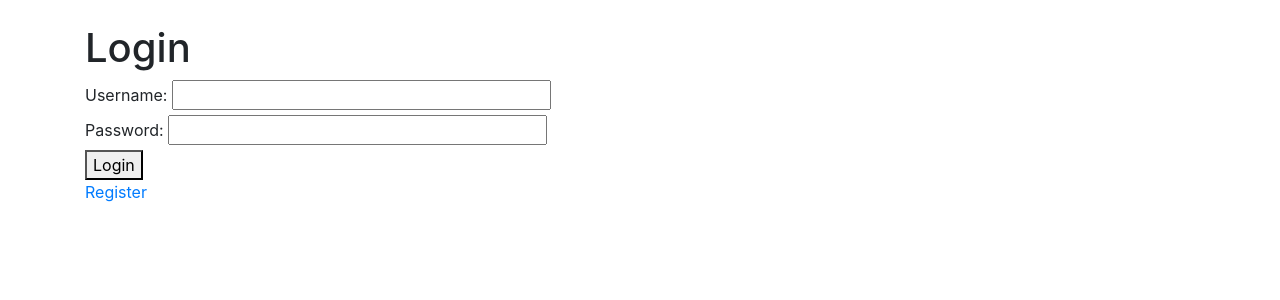
Repository: Stoldark/PLMUN
Page: http://localhost/login?next=%2F
These files come from the project's save history. The page is drawn as it stood at one moment and after the next save; the edit follows.
The browser window is 1280 px wide. The pictures show the whole page.
The page is served by the project's application, run on Flask 3 (tempCodeRunnerFile.py).

Above is the page before, as saved 2024-09-22 16:59:22.

### templates/login.html
<!DOCTYPE html>
<html lang="en">
<head>
    <meta charset="UTF-8">
    <meta name="viewport" content="width=device-width, initial-scale=1.0">
    <title>Login</title>
    <link rel="stylesheet" href="https://stackpath.bootstrapcdn.com/bootstrap/4.5.2/css/bootstrap.min.css">
</head>
<body>
    <div class="container mt-4">
    <h1>Login</h1>
    <form method="post">
        {{ form.hidden_tag() }}
        <label for="username">Username:</label>
        {{ form.username(size=32) }}<br>

        <label for="password">Password:</label>
        {{ form.password(size=32) }}<br>

        <button type="submit">Login</button>
    </form>
    <a href="{{ url_for('register') }}">Register</a>
</body>
</html>

### tempCodeRunnerFile.py
from flask import Flask, render_template, request, redirect, session, url_for, flash, jsonify
from flask_wtf import FlaskForm
from wtforms import StringField, PasswordField, SubmitField
from wtforms.validators import DataRequired, Length
from flask_bcrypt import Bcrypt
from flask_login import LoginManager, UserMixin, login_user, logout_user, login_required, current_user
import sqlite3
import os

# Initialize Flask app
app = Flask(__name__)

# Set the secret key for session management
app.config['SECRET_KEY'] = 'your_secret_key'  # Change this to a secure key

# Initialize extensions
bcrypt = Bcrypt(app)
login_manager = LoginManager(app)
login_manager.login_view = 'login'

# Database connection function
def get_db_connection():
    conn = sqlite3.connect('inventory.db')
    conn.row_factory = sqlite3.Row
    return conn

# User model for Flask-Login
class User(UserMixin):
    def __init__(self, id, username, role):
        self.id = id
        self.username = username
        self.role = role

# User loader for Flask-Login
@login_manager.user_loader
def load_user(user_id):
    conn = get_db_connection()
    user = conn.execute('SELECT * FROM users WHERE id = ?', (user_id,)).fetchone()
    conn.close()
    if user:
        return User(user['id'], user['username'], user['role'])
    return None

# Registration form
class RegistrationForm(FlaskForm):
    username = StringField('Username', validators=[DataRequired(), Length(min=4, max=25)])
    password = PasswordField('Password', validators=[DataRequired(), Length(min=6, max=35)])
    role = StringField('Role', validators=[DataRequired()])
    submit = SubmitField('Register')

# Login form
class LoginForm(FlaskForm):
    username = StringField('Username', validators=[DataRequired()])
    password = PasswordField('Password', validators=[DataRequired()])
    submit = SubmitField('Login')

# Route to show inventory items
@app.route('/')
@login_required
def index():
    conn = get_db_connection()
    items = conn.execute('SELECT * FROM items').fetchall()
    conn.close()
    return render_template('index.html', items=items)

# Route to add an item
@app.route('/add', methods=('GET', 'POST'))
@login_required
def add_item():
    if request.method == 'POST':
        name = request.form['name']
        quantity = request.form['quantity']
        price = request.form['price']

        conn = get_db_connection()
        conn.execute('INSERT INTO items (name, quantity, price) VALUES (?, ?, ?)',
                     (name, quantity, price))
        conn.commit()
        conn.close()

        return redirect('/')
    return render_template('add.html')

# Route to edit an item
@app.route('/edit/<int:id>', methods=('GET', 'POST'))
@login_required
def edit_item(id):
    conn = get_db_connection()
    item = conn.execute('SELECT * FROM items WHERE id = ?', (id,)).fetchone()

    if request.method == 'POST':
        name = request.form['name']
        quantity = request.form['quantity']
        price = request.form['price']
        conn.execute('UPDATE items SET name = ?, quantity = ?, price = ? WHERE id = ?',
                     (name, quantity, price, id))
        conn.commit()
        conn.close()
        return redirect('/')

    conn.close()
    return render_template('edit.html', item=item)

# Route to delete an item
@app.route('/delete/<int:id>', methods=['POST'])
@login_required
def delete_item(id):
    conn = get_db_connection()
    conn.execute('DELETE FROM items WHERE id = ?', (id,))
    conn.commit()
    conn.close()
    return redirect('/')

# Registration route
@app.route('/register', methods=['GET', 'POST'])
def register():
    form = RegistrationForm()
    if form.validate_on_submit():
        username = form.username.data
        password = bcrypt.generate_password_hash(form.password.data).decode('utf-8')
        role = form.role.data

        conn = get_db_connection()
        conn.execute('INSERT INTO users (username, password, role) VALUES (?, ?, ?)',
                     (username, password, role))
        conn.commit()
        conn.close()

        flash('Registration successful! You can now log in.')
        return redirect(url_for('login'))
    return render_template('register.html', form=form)

# Login route
@app.route('/login', methods=['GET', 'POST'])
def login():
    form = LoginForm()
    if form.validate_on_submit():
        username = form.username.data
        password = form.password.data

        conn = get_db_connection()
        user = conn.execute('SELECT * FROM users WHERE username = ?', (username,)).fetchone()
        conn.close()

        if user and bcrypt.check_password_hash(user['password'], password):
            login_user(User(user['id'], user['username'], user['role']))
            return redirect('/')
        else:
            flash('Login Unsuccessful. Please check your username and password', 'danger')

    return render_template('login.html', form=form)

# Logout route
@app.route('/logout')
@login_required
def logout():
    logout_user()
    return redirect(url_for('index'))

# API Endpoint to get inventory items
@app.route('/api/items', methods=['GET'])
@login_required
def api_get_items():
    conn = get_db_connection()
    items = conn.execute('SELECT * FROM items').fetchall()
    conn.close()
    return jsonify([dict(item) for item in items])

# API Endpoint to add an item
@app.route('/api/items', methods=['POST'])
@login_required
def api_add_item():
    data = request.get_json()
    name = data.get('name')
    quantity = data.get('quantity')
    price = data.get('price')

    conn = get_db_connection()
    conn.execute('INSERT INTO items (name, quantity, price) VALUES (?, ?, ?)',
                 (name, quantity, price))
    conn.commit()
    conn.close()

    return jsonify({'message': 'Item added successfully'}), 201

# API Endpoint to update an item
@app.route('/api/items/<int:id>', methods=['PUT'])
@login_required
def api_update_item(id):
    data = request.get_json()
    name = data.get('name')
    quantity = data.get('quantity')
    price = data.get('price')

    conn = get_db_connection()
    conn.execute('UPDATE items SET name = ?, quantity = ?, price = ? WHERE id = ?',
                 (name, quantity, price, id))
    conn.commit()
    conn.close()

    return jsonify({'message': 'Item updated successfully'})

# API Endpoint to delete an item
@app.route('/api/items/<int:id>', methods=['DELETE'])
@login_required
def api_delete_item(id):
    conn = get_db_connection()
    conn.execute('DELETE FROM items WHERE id = ?', (id,))
    conn.commit()
    conn.close()

    return jsonify({'message': 'Item deleted successfully'})

# Run the app
if __name__ == "__main__":
    port = int(os.environ.get("PORT", 10000))  # Use PORT environment variable or default to 10000
    app.run(host="0.0.0.0", port=port, debug=True)

After the next save:
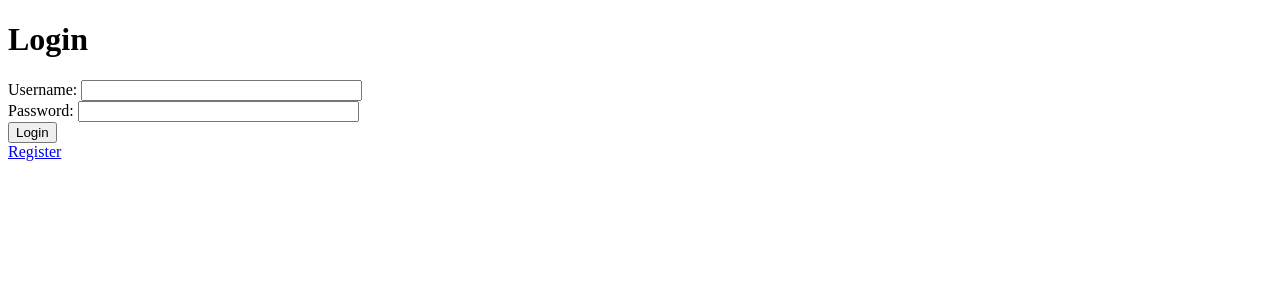
Saved 17 s later.
--- a/templates/login.html
+++ b/templates/login.html
@@ -4,10 +4,8 @@
     <meta charset="UTF-8">
     <meta name="viewport" content="width=device-width, initial-scale=1.0">
     <title>Login</title>
-    <link rel="stylesheet" href="https://stackpath.bootstrapcdn.com/bootstrap/4.5.2/css/bootstrap.min.css">
 </head>
 <body>
-    <div class="container mt-4">
     <h1>Login</h1>
     <form method="post">
         {{ form.hidden_tag() }}
